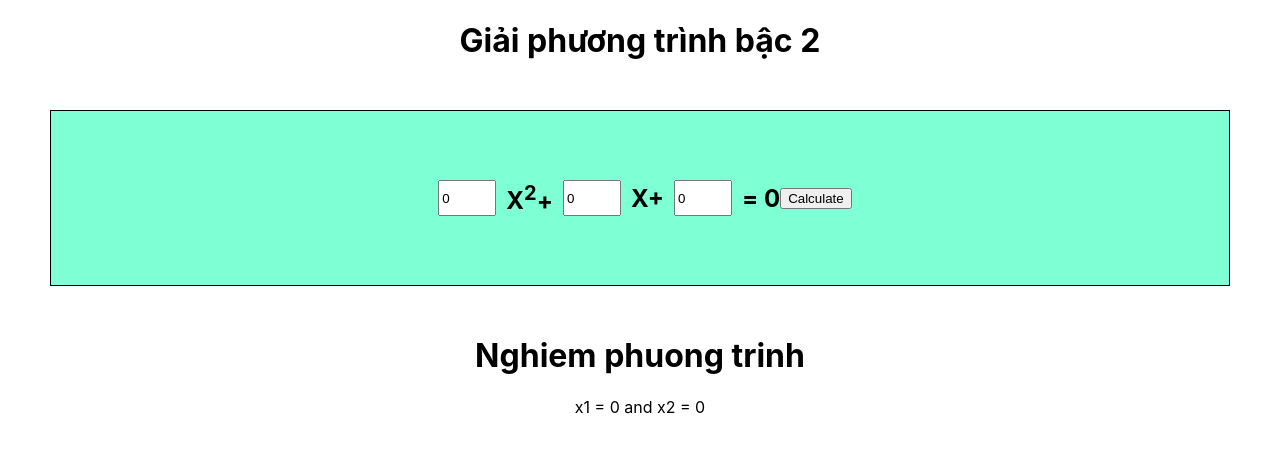
Repository: Trinvm1997/ReactExercise
Page: / (app in quadratic_equation/)
These files come from the project's save history. The page is drawn as it stood at one moment and after the next save; the edit follows.
The browser window is 1280 px wide. The pictures show the whole page.
The project was rebuilt for these pictures with package versions that can differ from the ones it lists, and the page was loaded fresh each time.

Above is the page before, as saved 2020-12-24 10:31:40.

### quadratic_equation/src/App.js
import './App.css';
import React, { Component } from 'react';

class App extends Component {
  constructor(props) {
    super(props);
    this.state = {
      inputA:0,
      inputB:0,
      inputC:0,
      x1:0,
      x2:0

    };
    this.handleChange = this.handleChange.bind(this);
    this.handleSubmit = this.handleSubmit.bind(this);

  }

  handleChange(event) {
    const value = event.target.value;
    const name = event.target.name;
    this.setState({
      [name]: value
    });
  }

  handleSubmit(event) {
    event.preventDefault();
    if(Math.pow(this.state.inputB,2) - 4*this.state.inputA*this.state.inputC < 0){
      this.setState({
          x1: "undefined",
          x2: "undefined"
        });
    }else{
      this.setState({
      x1: (- this.state.inputB + Math.sqrt(Math.pow(this.state.inputB,2) - 4*this.state.inputA*this.state.inputC))/(2*this.state.inputA),
      x2: (- this.state.inputB - Math.sqrt(Math.pow(this.state.inputB,2) - 4*this.state.inputA*this.state.inputC))/(2*this.state.inputA)
    });
  }
}

  render() {
    return (
      <div className="App">
        <h1>Giải phương trình bậc 2 </h1>
        <form>
          <input type="number" name="inputA" value={this.state.inputA} onChange={this.handleChange}></input>
          <h2>X<sup>2</sup>+</h2>
          <input type="number" name="inputB" value={this.state.inputB} onChange={this.handleChange}></input>
          <h2>X+</h2>
          <input type="number" name="inputC" value={this.state.inputC} onChange={this.handleChange}></input>
          <h2>= 0</h2>
          <button onClick={this.handleSubmit}>Calculate</button>
        </form>
        <h1>Nghiem phuong trinh</h1>
        <p>x1 = {this.state.x1} and x2 = {this.state.x2}</p>
      </div>
    );
  }
}

export default App;

### quadratic_equation/src/App.css
.App {
  text-align: center;
}

.App-logo {
  height: 40vmin;
  pointer-events: none;
}

@media (prefers-reduced-motion: no-preference) {
  .App-logo {
    animation: App-logo-spin infinite 20s linear;
  }
}

.App-header {
  background-color: #282c34;
  min-height: 100vh;
  display: flex;
  flex-direction: column;
  align-items: center;
  justify-content: center;
  font-size: calc(10px + 2vmin);
  color: white;
}

.App-link {
  color: #61dafb;
}

form {
  display: flex;
  justify-content: center;
  border: 1px solid black;
  margin: 50px;
  padding: 50px;
  align-items: center;
  background-color: aquamarine;
}

form input {
  margin-left: 10px;
  margin-right: 10px;
}

input {
  width: 50px;
  height: 30px
}

@keyframes App-logo-spin {
  from {
    transform: rotate(0deg);
  }
  to {
    transform: rotate(360deg);
  }
}

Loaded but not shown: quadratic_equation/public/index.html (common file); quadratic_equation/src/index.js (common file); quadratic_equation/src/index.css (common file); quadratic_equation/src/reportWebVitals.js (common file)

After the next save:
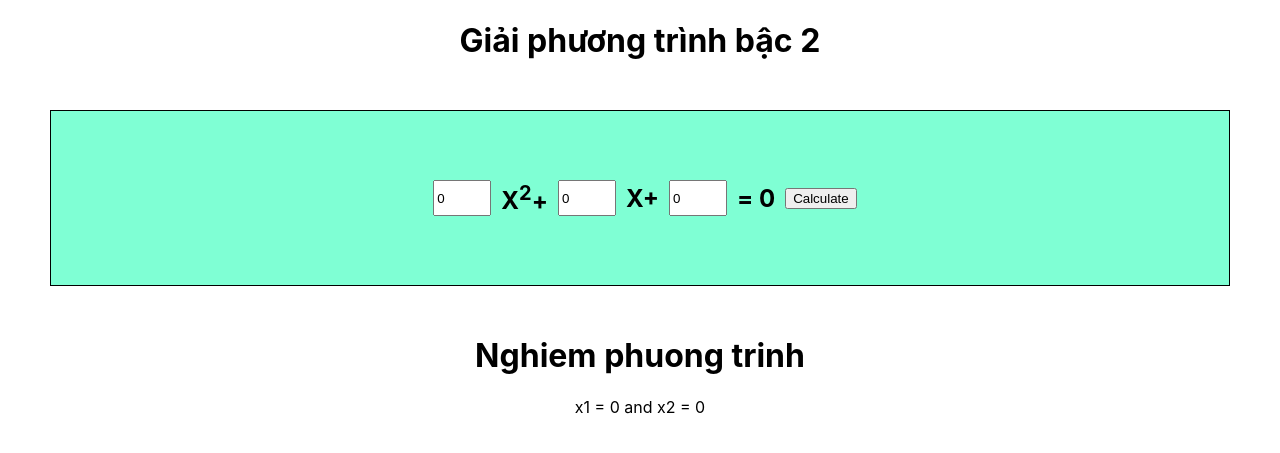
Saved 59 s later.
--- a/quadratic_equation/src/App.css
+++ b/quadratic_equation/src/App.css
@@ -45,7 +45,12 @@ form input {
 
 input {
   width: 50px;
-  height: 30px
+  height: 30px;
+}
+
+button {
+  margin-left: 10px;
+  cursor: pointer;
 }
 
 @keyframes App-logo-spin {
